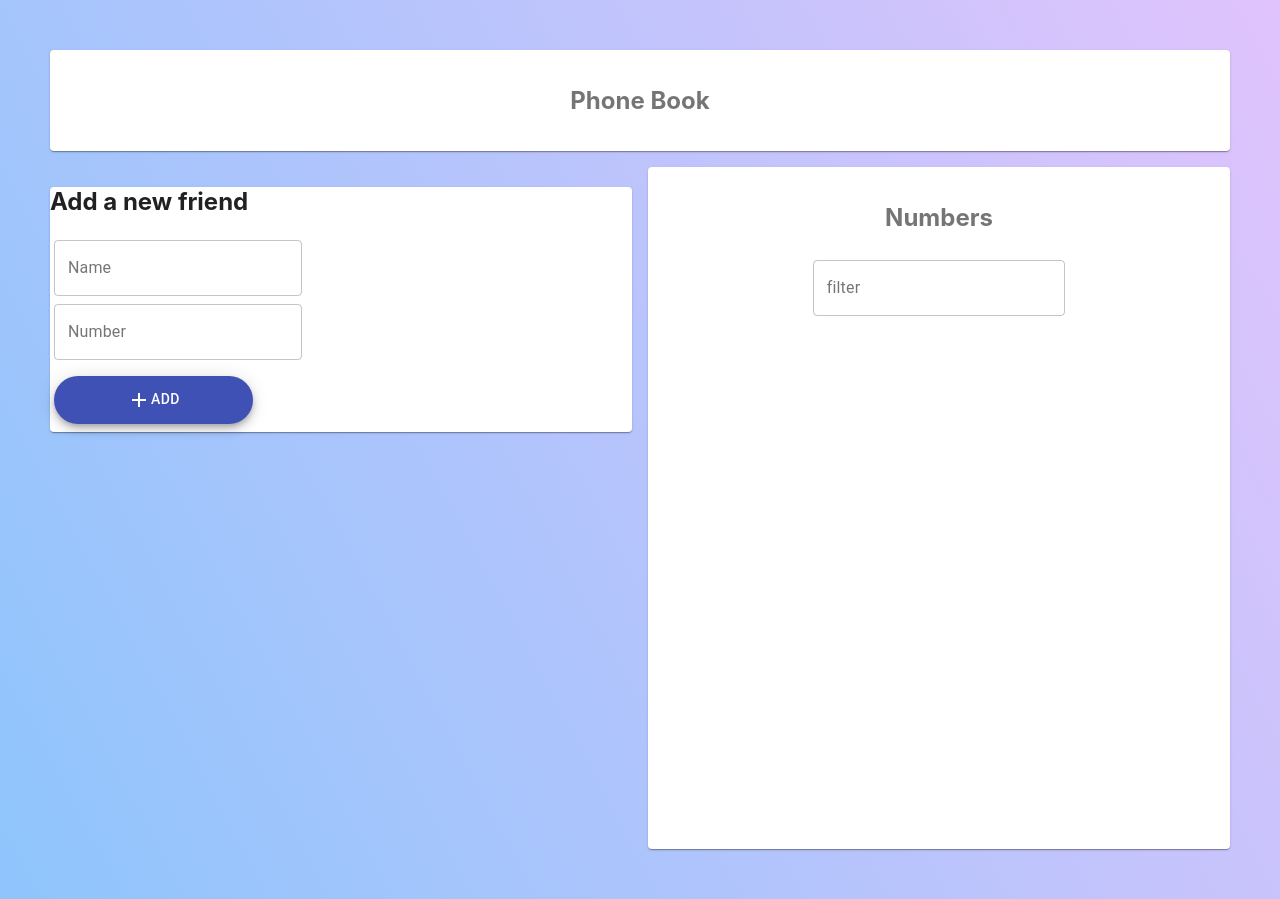
Repository: StacyLafume/phone-book
Page: / (app in phone-book/)
An editor plug-in stored every save of this project. The page is shown before and after the next save, followed by the edit.
The browser window is 1280 px wide. The pictures show the whole page.
The page's requests for data from a server got no answer. The project was rebuilt for these pictures with package versions that can differ from the ones it lists, and the page was loaded fresh each time. No one was signed in, and anything a server would have sent is missing. Also part of the build but not shown: phone-book/src/PhoneBook.js.

Above is the page before, as saved 2021-04-02 02:23:14.

### phone-book/src/index.css
body {
  margin: 0;
  font-family: -apple-system, BlinkMacSystemFont, 'Segoe UI', 'Roboto', 'Oxygen',
    'Ubuntu', 'Cantarell', 'Fira Sans', 'Droid Sans', 'Helvetica Neue',
    sans-serif;
  -webkit-font-smoothing: antialiased;
  -moz-osx-font-smoothing: grayscale;
  background-color: #8EC5FC;
background-image: linear-gradient(62deg, #8EC5FC 0%, #E0C3FC 100%);

}

code {
  font-family: source-code-pro, Menlo, Monaco, Consolas, 'Courier New',
    monospace;
}

### phone-book/src/App.js
import React, { useState, useEffect } from "react";
// importing a modual personsService
import personsService from "./Service/person";
import Filter from "./Filter";
import Notification from "./Notification";
import PersonForm from "./PersonForm";
import PhoneBook from "./PhoneBook";
import { makeStyles } from '@material-ui/core/styles';
import Paper from '@material-ui/core/Paper';
import Grid from '@material-ui/core/Grid';
import Box from '@material-ui/core/Box';
import List from '@material-ui/core/List';


const App = () => {
  const [persons, setPersons] = useState([]);
  const [newName, setNewName] = useState("");
  const [newNumber, setNewNumber] = useState("");
  const [showFilter, setshowFilter] = useState("");
  const [notification, setNotification] = useState(null);
  const [success, setSuccess] = useState(null);

  const useStyles = makeStyles((theme) => ({
    root: {
      flexGrow: 1,
      margin: 50,

    },
    paper: {
      padding: theme.spacing(2),
      justifyItems: 'center',
      color: theme.palette.text.secondary,
      overflow: 'auto',
      height: 650,

    },
    header1: {
      padding: theme.spacing(2),
      justifyItems: 'center',
      color: theme.palette.text.secondary,
      overflow: 'auto',
      textAlign: 'center'
    },

  }));

  // show data on the screen
  useEffect(() => {
    personsService
      .getAll()
      .then(response => {
        setPersons(response);
      })
      .catch(error => showMessage("Could not retrieve data", false));
  }, []);

  const addNewName = e => {
    e.preventDefault();
    const personObject = {
      name: newName,
      number: newNumber
    };

    //console.log('persons.some(e => e.name === newName)',persons.some(e => e.name === newName))

    // if name is already in phone book return true and alert user
    if (persons.some(e => e.name === newName)) {

      // first name equal to that name
      let personId = persons.find(item => item.name === newName);

      // assigning whats in person obj to person id to update the entry
      let updatedEntry = Object.assign(personId, personObject);

      // alert the user  to update name  and / or  number
      if (
        window.confirm(
          `Do you want to update ${newName} with number ${newNumber}?`
        )
      ) {
        // based on the condition it will make put request to update
        personsService
          .update(personId.id, personObject)
          .then(() => {
            setPersons(
              // map through persons check if name is equal to new name
              //and either return updatedEntry or item
              persons.map(item => (item.name === newName ? updatedEntry : item))
            );
            // reset inputs
            setNewName("");
            setNewNumber("");
            // alert user of the changes
            showMessage(` ${newName} phone number updated`);
          })
          .catch(error => {
            showMessage(
              `Update failed. ${newName} has already been removed from the phone book.`,
              false
            );
            setPersons(persons.filter(n => n.name !== newName));
          });
      }
    } else {
      // if number is already in phone book return true and alert user
      if (persons.some(e => e.number === newNumber)) {
        showMessage(`# ${newNumber} is already in the phone book.`, false);
      } else {
        // check if inputs are empty and set show message
        if (newName === "" || newNumber === "") {
          showMessage(`The name and number must not be empty`, false);
        } else {
          // add personObject to the data base
          personsService
            .create(personObject)
            .then(returnedPerson => {
              setPersons(persons.concat(returnedPerson));
              // reset inputs
              setNewName("");
              setNewNumber("");
              // alert user
              showMessage(`User ${newName} has been added to the phone book`);
            })
            .catch(error => {
              console.log(error.response.data.error)
              return showMessage(
                `Failed to add number. More about error: ${error.response.data.error
                }`,
                false
              );
            });
          // make a get requests of updated data
          personsService
            .getAll()
            .then(response => {
              setPersons(response);
            })
            .catch(error => showMessage("Could not retrieve data", false));
        }
      }
    }
  };

  const removeEntry = person => {
    // if user clicks yes to remove
    if (window.confirm(`Remove ${person.name}?`)) {
      // call delete request with id that needs to be deleted
      personsService
        .remove(person.id)
        .then(() => {
          // setPerson to filtered array of every preson but the deleted person
          setPersons(persons.filter(item => item.id !== person.id));
          showMessage(`${person.name} has been removed from the phone book`);
        })
        .catch(error => {
          showMessage(
            `Removal failed. User ${person.name
            } has already been removed from the phone book.`,
            false
          );
          // make a get requests of updated data
          personsService
            .getAll()
            .then(response => {
              setPersons(response);
            })
            .catch(error => showMessage("Could not retrieve data", false));
        });
    }
  };

  // tracking values in the name input
  const handleNameChange = e => {
    // console.log(e.target.value);
    setNewName(e.target.value);
  };

  // tracking values in the number input
  const handleNumberChange = e => {
    setNewNumber(e.target.value);
  };

  const showMessage = (message, successNotification = true) => {
    // sets notication based on the true or false given by the condiyion it was called in
    setNotification(message);
    // boolean value if the rquest was successful or not
    setSuccess(successNotification);

    // the notification will stay on browser for 3 sec
    setTimeout(() => {
      setNotification(null);
      setSuccess(null);
    }, 3000);
  };

  const classes = useStyles();
  return (
    <Box className={classes.root}>
      <Grid container spacing={2}>
      <Grid item xs={12}>
      <Paper className={classes.header1}>
        <h2>Phone Book</h2>
        </Paper>
        </Grid>
        <Grid item xs={6} >
          <Paper className={classes.addFriend}>


            <h2>Add a new friend</h2>
            <PersonForm
              addNewName={addNewName}
              newName={newName}
              handleNameChange={handleNameChange}
              handleNumberChange={handleNumberChange}
            />
          </Paper>
        </Grid>
        <Grid item xs={6}>
          <Paper className={classes.paper}>
            <h2>Numbers</h2>
            <Notification notification={notification} success={success} />
            <Filter showFilter={showFilter} setshowFilter={setshowFilter} />
            <List>
              <PhoneBook
                persons={persons}
                showFilter={showFilter}
                removeEntry={removeEntry}
              />
            </List>
          </Paper>
        </Grid>
      </Grid>
    </Box>
  );
};

export default App;

### phone-book/src/Service/person.js
import axios from "axios";

//const baseUrl = "http://localhost:3003/persons";
const baseUrl = 'api/persons';

// get rquest for all of json datas
const getAll = () => {
  const request = axios.get(baseUrl);
  return request.then(response => response.data);
};

// post request to add new entry
const create = newObject => {
  const request = axios.post(baseUrl, newObject);
  return request.then(response => response.data)
};

// put request to update json db
const update = (id, newObject) => {
  const request = axios.put(`${baseUrl}/${id}`, newObject);
  return request.then(response => response.data);
};

// delete request to delete from json data base
const remove = id => {
  const request = axios.delete(`${baseUrl}/${id}`);
  return request.then(response => response.data);
};


// exporting all of the functions
export default {
  getAll: getAll,
  create: create,
  update: update,
  remove: remove
};

### phone-book/src/Filter.js
import React from "react";
import { makeStyles } from '@material-ui/core/styles';
import TextField from '@material-ui/core/TextField';

const Filter = ({ showFilter, setshowFilter }) => {
  const useStyles = makeStyles((theme) => ({
    root: {
      '& > *': {
        margin: theme.spacing(1),
        width: '25ch',
      },
    },
  }));
  const classes = useStyles();
  const filterPersons = e => {
    setshowFilter(e.target.value);
  };

  return (
    <div className={classes.root}>
      <TextField id="outlined-basic" value={showFilter} label="filter" variant="outlined"onChange={filterPersons} />
    </div>
  );
};

export default Filter;

### phone-book/src/Notification.js
import React from "react";


const Notification = ({ notification, success }) => {
  // console.log(notification);
  // console.log(success);

  // if there is no notification return null
  if (notification === null) {
    return null;
  }

  // if success renders the paticular (inLine) style
  if (success)
    return (
      <div className="success" style={styles.success}>
        {notification}
      </div>
    );
  else
    return (
      <div className="success" style={styles.fail}>
        {notification}
      </div>
    );
};

var styles = {
  success: {
    color: "green",
    background: "white",
    fontSize: 20,
    borderStyle: "solid",
    borderRadius: 5,
    padding: 10,
    marginBottom: 10
  },
  fail: {
    color: "red",
    background: "white",
    fontSize: 20,
    borderStyle: "solid",
    borderRadius: 5,
    padding: 10,
    marginBottom: 10
  }
};

export default Notification;

### phone-book/src/PersonForm.js
import React from "react";
import { makeStyles } from '@material-ui/core/styles';
import TextField from '@material-ui/core/TextField';
import Grid from '@material-ui/core/Grid';
import Fab from '@material-ui/core/Fab';
import AddIcon from '@material-ui/icons/Add';



const PersonForm = ({
  newName,
  newNumber,
  addNewName,
  handleNameChange,
  handleNumberChange
}) => {
  const useStyles = makeStyles((theme) => ({
    root: {
      '& > *': {
        margin: theme.spacing(1),
        width: '25ch',
      },
    },
    press: {
      margin: {
        margin: theme.spacing(1),
      },
      extendedIcon: {
        marginRight: theme.spacing(1),
      },
    }
  }));
  const classes = useStyles();
  return (
    <Grid container spacing={1}>
      <form onSubmit={addNewName} className={classes.root} noValidate autoComplete="off">

        {/* calls the function tracking values in the name input */}
        {/* name: <input value={newName} onChange={handleNameChange} /> */}
        <Grid item xs={12}>
        <TextField id="outlined-basic" label="Name" value={newName} onChange={handleNameChange} variant="outlined" />
        </Grid>
        <Grid item  xs={12}>
        {/* calls the function tracking values in the number input */}
        <TextField id="outlined-basic" value={newNumber} onChange={handleNumberChange} label="Number" variant="outlined" />
        </Grid>
        {/* calls the create request to add name and number */}
        <Fab variant="extended" color="primary" aria-label="add" className={classes.margin} type="submit">
          <AddIcon className={classes.extendedIcon} />
         Add
        </Fab>
      </form>
      </Grid>

  );
};


export default PersonForm;

Loaded but not shown: phone-book/public/index.html (common file); phone-book/src/index.js (common file)

After the next save:
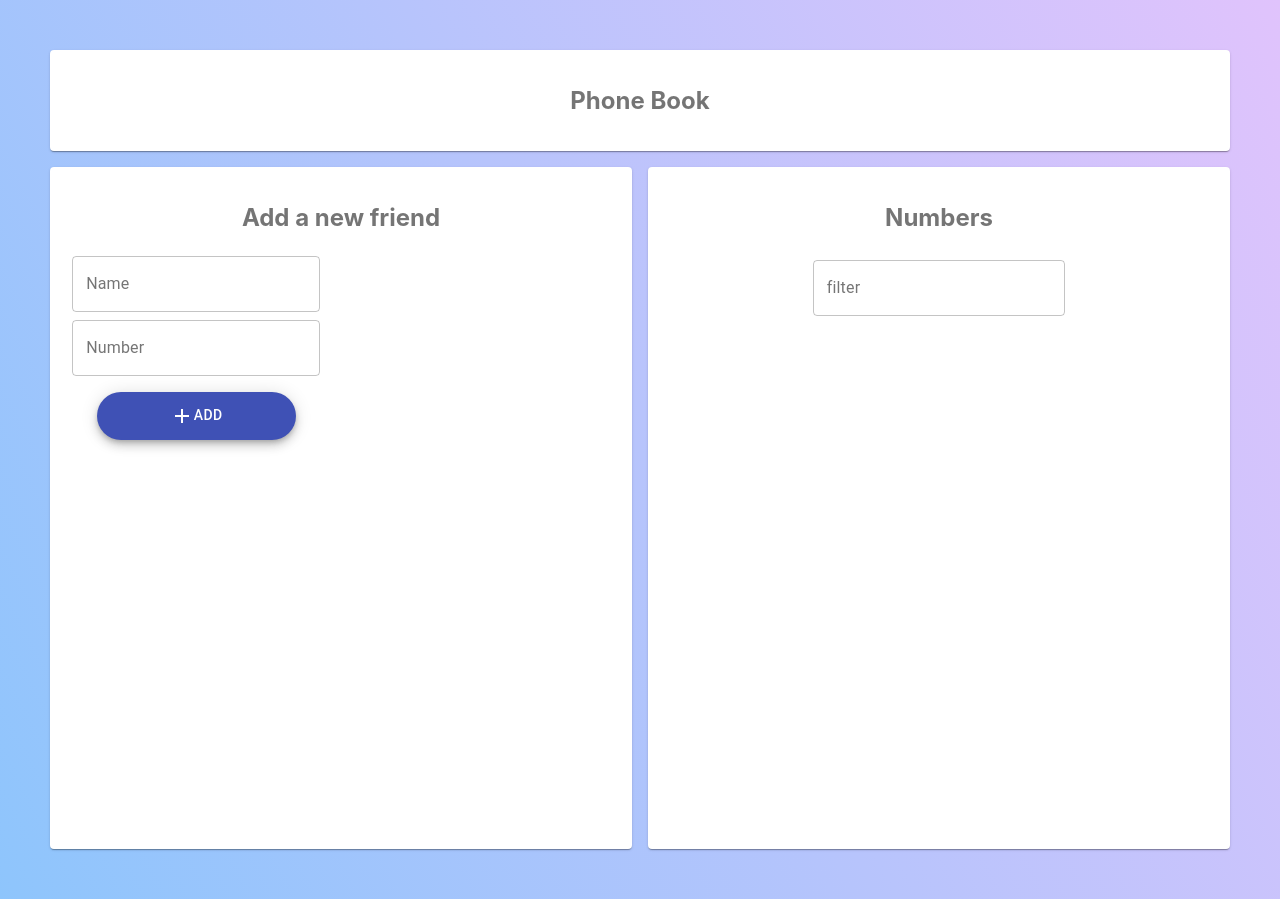
Saved 15 s later.
--- a/phone-book/src/App.js
+++ b/phone-book/src/App.js
@@ -41,7 +41,16 @@ const App = () => {
       overflow: 'auto',
       textAlign: 'center'
     },
-
+    addFriend:{
+      padding: theme.spacing(2),
+      justifyItems: 'center',
+      color: theme.palette.text.secondary,
+      overflow: 'auto',
+      textAlign: 'center',
+      height: 650,
+      justifyContent: 'center'
+
+    }
   }));
 
   // show data on the screen
